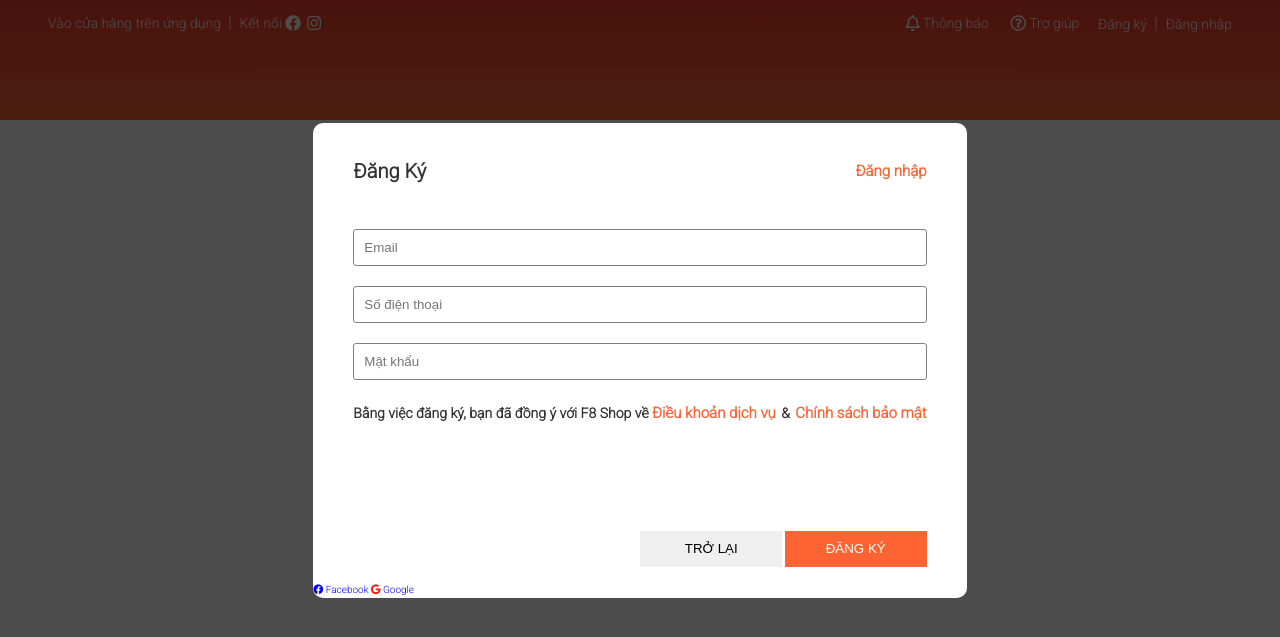
Repository: kebinh1235/Shopee-Demo
Page: index.html
These files come from the project's save history. The page is drawn as it stood at one moment and after the next save; the edit follows.
The browser window is 1280 px wide. The pictures show the whole page.

Above is the page before, as saved 2021-10-01 22:48:42.

After the next save:
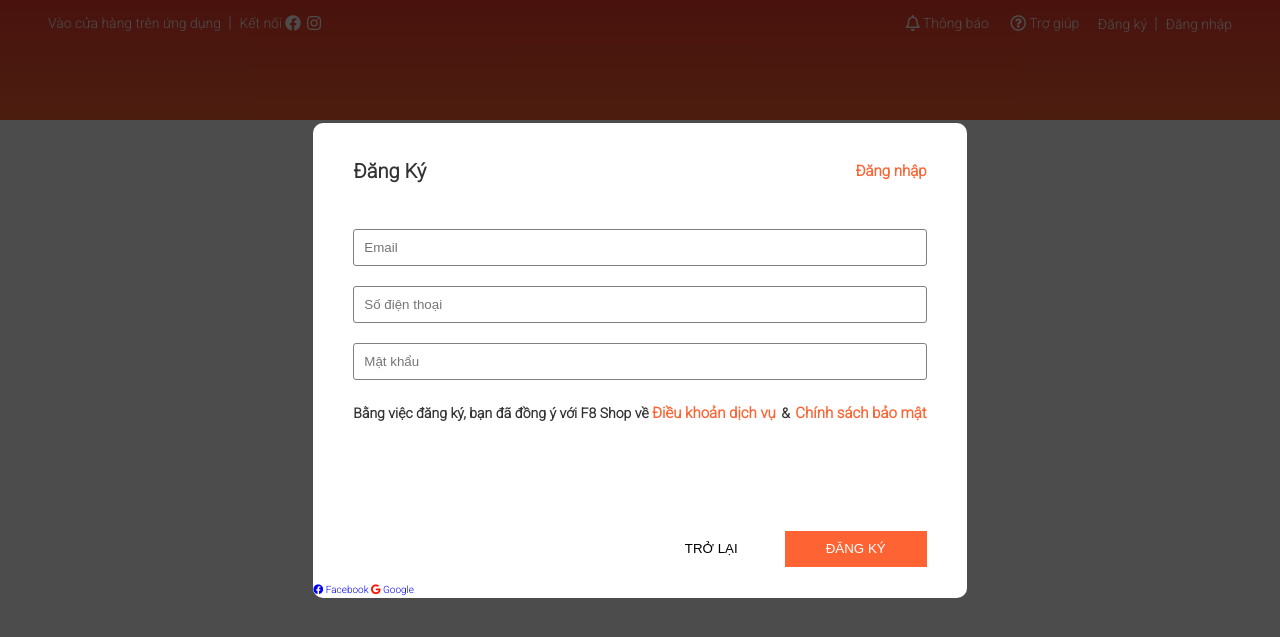
Saved 41 s later.
--- a/asset/css/base.css
+++ b/asset/css/base.css
@@ -46,6 +46,11 @@ html {
   height: 36px;
   border: none;
   cursor: pointer;
+  background: transparent;
+}
+.btn:hover {
+  background: rgba(0, 0, 0, 0.7);
+  transition: all;
 }
 .btn.btn-primary {
   color: var(--white-color);
